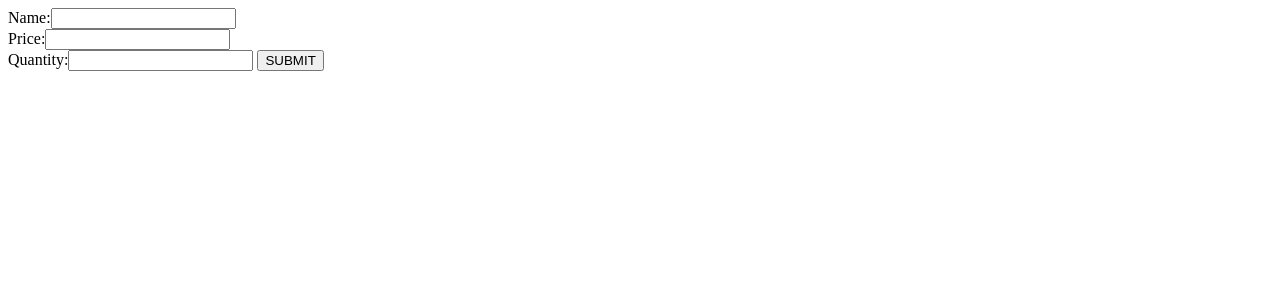
Repository: akhhiil/ICT_JAVA
Page: Demo4/src/main/webapp/index.html
An editor plug-in stored every save of this project. The page is shown before and after the next save, followed by the edit.
The browser window is 1280 px wide. The pictures show the whole page.

Above is the page before, as saved 2024-10-07 04:37:53.

After the next save:
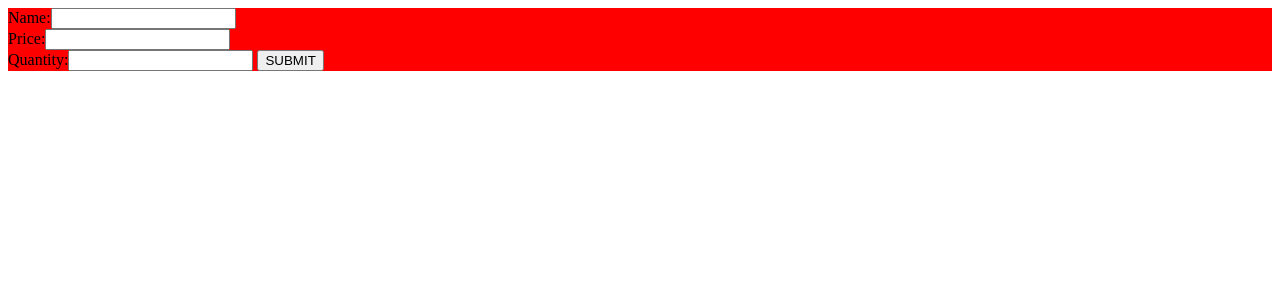
Saved 4 min 11 s later.
--- a/Demo4/src/main/webapp/index.html
+++ b/Demo4/src/main/webapp/index.html
@@ -6,7 +6,7 @@
 </head>
 <body>
 <form action="Demojsp.jsp">
-<div>
+<div style="background-color: red;">
 Name:<input type="text" name="name"><br>
 Price:<input type="text" name="price"><br>
 Quantity:<input type="text" name="quantity">
